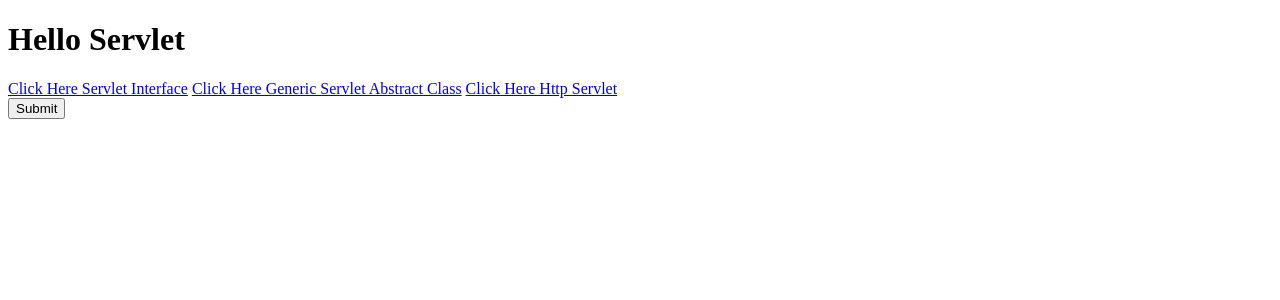
Repository: ynnuSunny/Java-Web-Basics
Page: 01-Servlet-App/WebContent/index.html
These files come from the project's save history. The page is drawn as it stood at one moment and after the next save; the edit follows.
The browser window is 1280 px wide. The pictures show the whole page.

Above is the page before, as saved 2023-03-25 07:31:42.

After the next save:
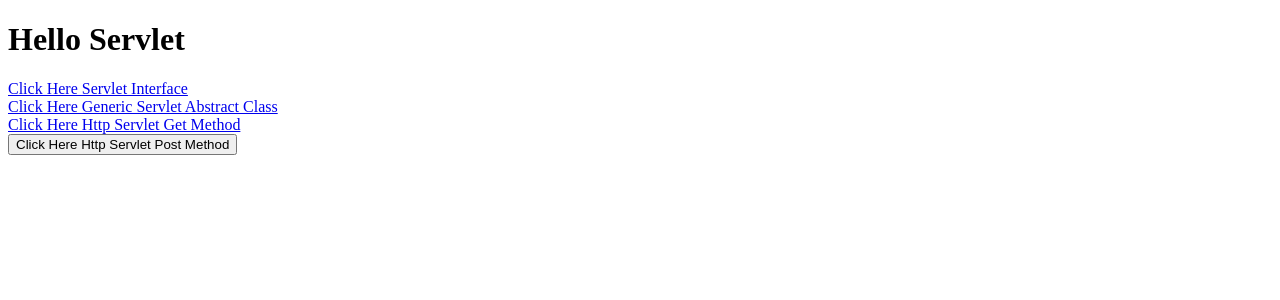
Saved 13 min 8 s later.
--- a/01-Servlet-App/WebContent/index.html
+++ b/01-Servlet-App/WebContent/index.html
@@ -7,13 +7,13 @@
 <body>
 
 <h1>Hello Servlet</h1>
-<a href="app">Click Here Servlet Interface</a>
-<a href="generic-app"> Click Here Generic Servlet Abstract Class</a>
-<a href="http-app" >Click Here Http Servlet</a>
+<a href="app">Click Here Servlet Interface</a><br>
+<a href="generic-app"> Click Here Generic Servlet Abstract Class</a><br>
+<a href="http-app" >Click Here Http Servlet Get Method</a><br>
 
 <form action="http-app" method="Post">
 
-   <button type="Submit"> Submit</button>
+   <button type="Submit"> Click Here Http Servlet Post Method</button>
 
 </form>
 
